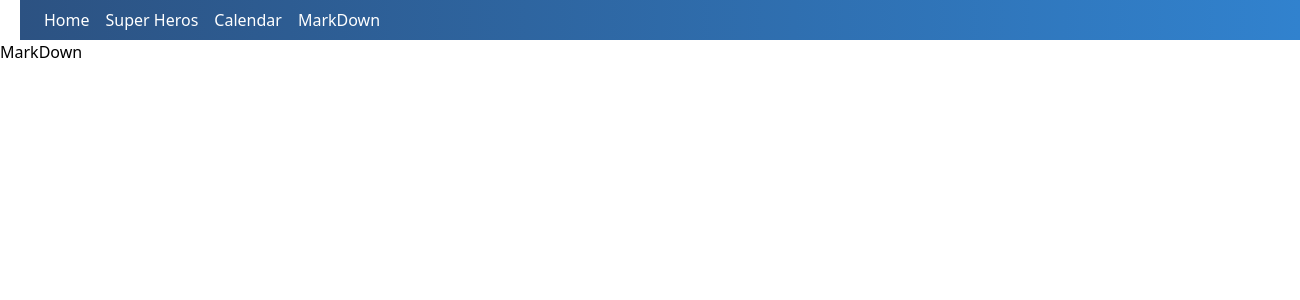
Repository: kshvkndl/VueFullCoursePractice
Page: /markdown
These files come from the project's save history. The page is drawn as it stood at one moment and after the next save; the edit follows.
The browser window is 1280 px wide. The page is 1300 px wide, then 1280 px, so the pictures cover 1300 px, including what lies to the right of the window. The pictures show the whole page.
The project was rebuilt for these pictures with package versions that can differ from the ones it lists, and the page was loaded fresh each time. Also part of the build but not shown: src/pages/SuperHeros.vue, src/pages/Calender.vue, src/pages/Home.vue.

Above is the page before, as saved 2020-11-19 10:59:38.

After the next save:
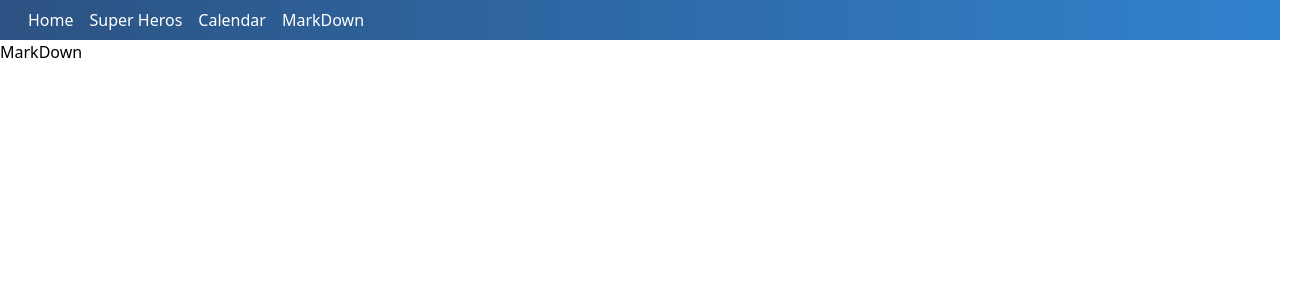
Saved 9 s later.
--- a/src/components/AppHeader.vue
+++ b/src/components/AppHeader.vue
@@ -1,6 +1,6 @@
 <template>
   <nav
-    class="w-full bg-gradient-to-r from-blue-800 to-blue-600 text-white px-4 py-2 mx-5"
+    class="w-full bg-gradient-to-r from-blue-800 to-blue-600 text-white px-5 py-2"
   >
     <router-link
       class="mx-2"
